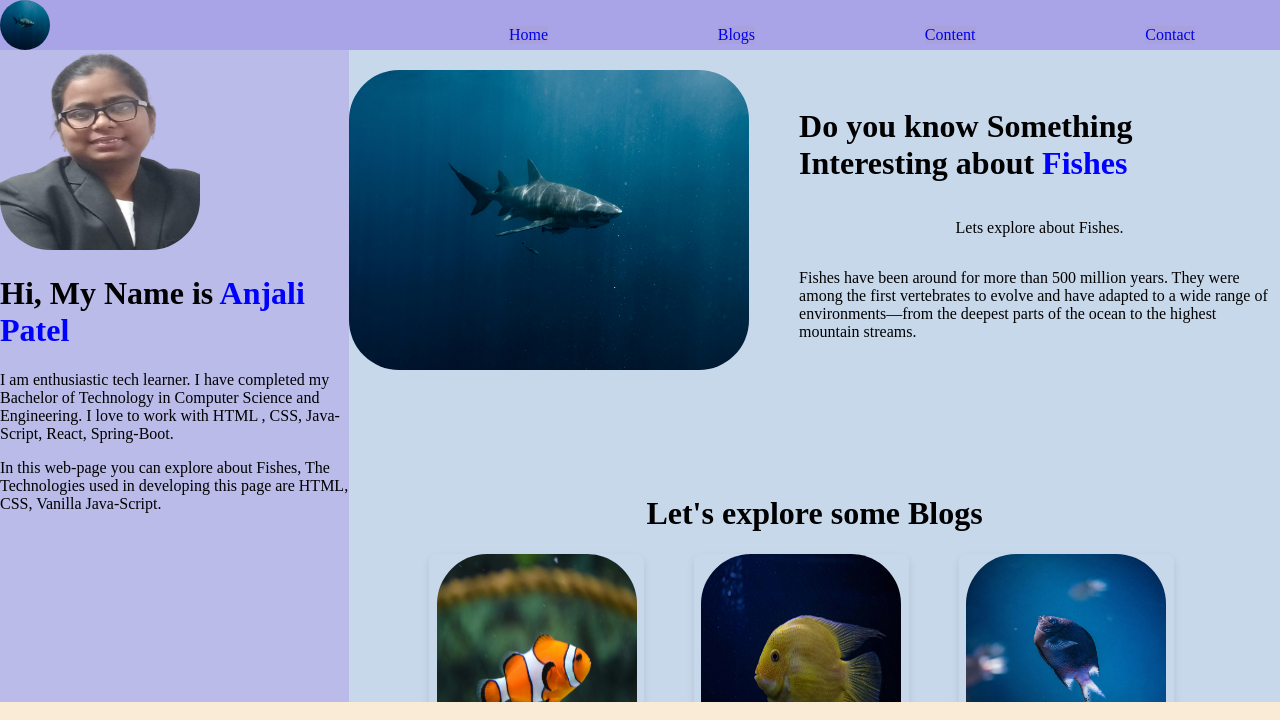
Repository: purnimapatel/fish-world
Page: index.html
These files come from the project's save history. The page is drawn as it stood at one moment and after the next save; the edit follows.
The browser window is 1280 px wide. The pictures show the whole page.
An inner scrolling area shows only its first screen.

Above is the page before, as saved 2024-08-26 20:44:23.
Console error: ReferenceError: messageVal is not defined

### index.html
<!DOCTYPE html>
<html lang="en">
<head>
    <meta charset="UTF-8">
    <meta name="viewport" content="width=device-width, initial-scale=1.0">
    <title>Document</title>
    <link  rel = "stylesheet" type = "text/css" href = "style.css"/>

    <!-- <link rel="stylesheet" type="text/css" href="styles.css"> -->

</head>
<body>
    <div class=" container">
        <div class = "navbar">
            <div id="logo">
                <a href="https://en.wikipedia.org/wiki/Fish" target=" _blank"><img  id = "img"src = "\img\image1.jpg"></a>
            </div>
            <div id = "list-content">
                <ul id="list">
                    <a href="#home"><li>Home</li></a>
                    <a href ="#blog"><li>Blogs</li></a>
                    <a href="#content"><li>Content</li></a>
                    <a href="#contact"><li>Contact</li></a>
                </ul>
            </div>

        </div>
        <div class="lower">
        <div class ="leftPanel">
            <div class=" myInfo">
                <a href="https://www.linkedin.com/in/anjali-patel-938pa/"><img  id = "img1"src = "img/image2.png"></a>
                <div>
                    <h1>Hi, My Name is <span>Anjali Patel</span></h1>
                    <p> I am enthusiastic tech learner. I have completed my Bachelor of Technology in Computer Science and Engineering. I love to work with HTML , CSS, Java-Script, React, Spring-Boot.</p>
                    <p>In this web-page you can explore about Fishes, The Technologies used in developing this page are HTML, CSS, Vanilla Java-Script.</p>
                </div>
            </div>
        </div>
        <div class = "mainBody">
            <div  class ="section" id="home">
                <div id = "header">
                </div>
               <div id = "home-content">

                <div id = "image">
                    <img  id = "mainImg"src ="img/image1.jpg">
                   </div>
                   <div id = "about">
                    <h1>Do you know Something Interesting about<span> Fishes</span></h1>
                    <p>Lets explore about Fishes.</p>
                    <p> Fishes have been around for more than 500 million years. They were among the first vertebrates to evolve and have adapted to a wide range of environments—from the deepest parts of the ocean to the highest mountain streams.</p>
                   </div>
               </div>



            </div>
            <div class ="section" id ="blog">
                <div id = "header">
                    <h1> Let's explore some Blogs</h1>
                </div>
                <div id="blog-images">
                            <a id = "list1" href="https://www.kidzone.ws/animals/fish1.htm"><img id ="img1" src="img/image3.jpg"><div>Kidzone Animal Facts</div></a>
                            <a id = "list1" href="https://theaquariumguide.com/"><img id ="img1" src="img/image4.jpg"><div>The Aquarium Guide</div></a>
                            <a id = "list1" href="https://www.fishkeepingworld.com/"><img id ="img1" src="img/image5.jpg"><div>Fish Keeping World</div></a>
                            <a id = "list1" href="https://thefishsite.com/"><img id ="img1" src="img/image6.jpg"><div>The Fish Site</div></a>
                            <a id = "list1" href="https://fishionary.fisheries.org/"><img id ="img1" src="img/image7.jpg"><div>fishionary: The Fish World</div></a>
                            <a id = "list1" href="https://thewildlife.blog/category/the-wild-life-blog/animals/fish/"><img id ="img1" src="img/image8.jpg"><div>Life of Fishes</div></a>

                    </ul>
                </div>

                </div>
                <div class ="section" id="content">
                    <div id = "header">
                        <h1> Detail about Fishes</h1>
                    </div>
                    <div id ="real-content">
                        <p>
                            A fish is an aquatic, <span>anamniotic</span>, gill-bearing <span>vertebrate</span> animal with swimming fins and a hard skull, but lacking limbs with digits. Fish can be grouped into the more basal jawless fish and the more common jawed fish, the latter including all living <span>cartilaginous</span> and bony fish, as well as the extinct <span>placoderms</span>placoderms and <span>acanthodians</span>. Most fish are cold-blooded, their body temperature varying with the surrounding water, though some large active swimmers like white shark and tuna can hold a higher core temperature. Many fish can communicate acoustically with each other, such as during courtship displays.
                        </p>

              <p>
                The earliest fish appeared during the <span>Cambrian</span> as small filter feeders; they continued to evolve through the <span>Paleozoic</span>, diversifying into many forms. The earliest fish with dedicated respiratory gills and paired fins, the <span>ostracoderms</span>, had heavy bony plates that served as protective exoskeletons against invertebrate predators. The first fish with jaws, the placoderms, appeared in the Silurian and greatly diversified during the Devonian, the "Age of Fishes".
              </p>


<p>
    Bony fish, distinguished by the presence of swim bladders and later ossified endoskeletons, emerged as the dominant group of fish after the <span>end-Devonian</span>extinction wiped out the apex placoderms. Bony fish are further divided into the lobe-finned and ray-finned fish. About 96% of all living fish species today are teleosts, a crown group of ray-finned fish that can protrude their jaws. The tetrapods, a mostly terrestrial clade of vertebrates that have dominated the top trophic levels in both aquatic and terrestrial ecosystems since the Late Paleozoic, evolved from lobe-finned fish during the Carboniferous, developing air-breathing lungs homologous to swim bladders. Despite the cladistic lineage, tetrapods are usually not considered to be fish, making "fish" a <span>paraphyletic</span> group.
</p>

<p>
    Fish have been an important natural resource for humans since prehistoric times, especially as food. Commercial and subsistence fishers harvest fish in wild fisheries or farm them in ponds or in breeding cages in the ocean. Fish are caught for recreation, or raised by fishkeepers as ornaments for private and <span>public exhibition</span> in aquaria and garden ponds. Fish have had a role in human culture through the ages, serving as deities, religious symbols, and as the subjects of art, books and movies.
</p>


                    </div>

                </div>
                <div class ="section" id="contact">
                    <div id = "header">
                        <h1>Contact US</h1>
                    </div>
                    <div id = contact-form>
                    <form id = "form">
                        <div>
                            <Label>Name</Label>
                            <div >
                                <input class = "input" id = "name" type ="text" placeholder="Enter Your name here">
                            </div>

                        </div>
                        <div>
                            <Label>Email</Label>
                            <div >
                                <input class = "input" id = "email" type ="text" placeholder="Enter Your email here">
                                <p class = "hidden" id = "para">Please enter valid email</p>
                            </div>

                        </div>
                        <div>
                            <Label>Message</Label>
                            <div >
                                <textarea class ="inputMessage" id="message1" name="large-input" rows="10" cols="25" placeholder="Type your message here..." maxlength="1000" wrap="soft"></textarea>
                            </div>

                        </div>
                        <div id = "btn">
                            <input id ="sub" type ="submit" value ="Submit"onclick="validateEmail(); emptyInput()">
                            </div>


                    </form>
                    </div>

                </div>




        </div>
    </div>
    </div>
    <script src = "index.js"></script>
    <script type="text/javascript" src="https://cdn.emailjs.com/dist/email.min.js"></script>
    <script type="text/javascript">
        (function(){
           emailjs.init("YOUR_USER_ID"); // Replace with your EmailJS user ID
        })();
     </script>
</body>
</html>

### style.css
body{
   margin: 0;
   padding:0;
   display: flex;
   height:100vh;
   align-items: center;
   justify-content: center;
}
.container{
    height: 100vh;
    width:100vw;
    background-color:antiquewhite;

}
.navbar{
    width:100vw;
    height:50px;
    background-color:rgb(169, 164, 231);
    margin-bottom: 0;
    display: flex;
    justify-content: space-between;

}
.lower{
    display: flex;
}
.leftPanel{
    margin-top: 0px;
    width:30%;
    height:90.5vh;
    background-color:rgb(186, 187, 233);
}
.mainBody{
    background-color:rgb(200, 216, 235);
    height: 90.5vh;
    width:80%;
    overflow: scroll;

}
#img{
    height: 50px;
    width:50px;
    background-size: cover;
    border-radius: 50px;
    cursor:pointer;

}
#img1{
    height: 200px;
    width:200px;
    background-size: cover;
    border-radius: 50px;
    cursor:pointer;

}
#list{
    display: flex;
    padding-top: 10px;
    justify-content: space-around;
}

#list li{
    cursor: pointer;
    background-color:rgba(158, 139, 139, 0.119)
}

#list-content{
    width: 70%
}
a{
    text-decoration: none;
    text-align: center;
}
li{
    list-style-type: none;
}
/* li div{
    text-align: center;
} */
#header {
    display: flex;
    justify-content: center;
    align-items:center;
}
#contact-form{
    display: flex;
    justify-content: center;
    align-items:center;
}

#btn{
    display: flex;
    justify-content: center;
    align-items:center;

}

#para{
    color:red;
}
.hidden{
    display: none;
}
.input{
    padding:10px;
    margin:5px;
    border:none;
    border-radius: 20px;
}
.inputMessage{
    padding:10px;
    margin:5px;
    border:none;
    border-radius: 20px;

}
#sub{
    padding:10px 20px;
    margin-top: 10px;
    background-color:rgb(169, 164, 231);
    color:white;
    border:none;
    border-radius: 5px;
    cursor: pointer;
}
#home-content{
    display: flex;
    margin-top: 20px;
}
#about{
    display: flex;
    justify-content: center;
    align-items: center;
    flex-direction: column;
    margin-left: 50px;
}
#blog-images {
    display: grid;
    grid-template-columns: repeat(auto-fill, minmax(150px, 1fr));
    gap: 50px;
    width: 80%;
    max-width: 1200px;
    justify-content: space-between;
    padding-left: 80px;
}
#blog-images a{
    width: 100%;
    height: auto;
    border-radius: 8px;
    box-shadow: 0 4px 8px rgba(0, 0, 0, 0.1);
    object-fit: cover;
}
span{
    color:blue;
}
#home-content{
    justify-content: space-between;
}
#mainImg{
    height: 300px;
    width:400px;
    background-size: cover;
    border-radius: 50px;
}

.section{
    margin-bottom: 100px;
}
#myInfo{
    text-align: center;
    display: flex;
    justify-content: center;
    align-items: center;
    height: 100vh;
}
#image-container img {
    max-width: 100%;
    height: auto;
  }

### index.js
const message = document.getElementById("para");
const nameVal= document.getElementById("name");
const emailVal = document.getElementById("email");
const message1Val = document.getElementById("message1");
document.getElementById('form').addEventListener('submit', function(event) {
    event.preventDefault(); });

function validateEmail(){
    const emailFormat=/^[a-zA-Z0-9._%+-]+@[a-zA-Z0-9.-]+\.[a-zA-Z]{2,}$/;
    const val = emailVal.value;
    if(emailFormat.test(val)){
        message.classList.add("hidden");
    }
    else{
        message.classList.remove("hidden");
    }
}
const valName = nameVal.value;
const valEmail = emailVal.value;
const valMessage1 = messageVal.value;
function emptyInput(){
    nameVal.value = "";
    emailVal.value="";
    message1Val.value= "";

}

After the next save:
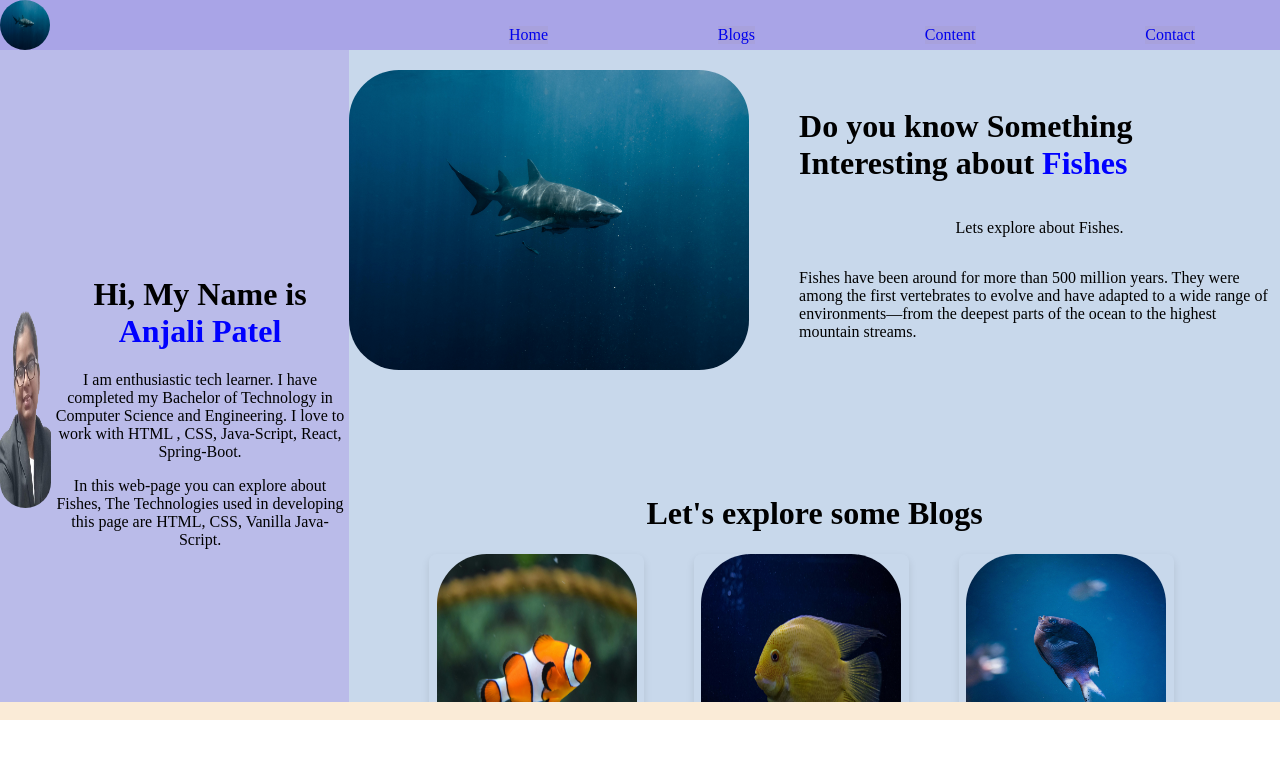
Saved 24 s later.
--- a/style.css
+++ b/style.css
@@ -166,14 +166,14 @@ span{
 .section{
     margin-bottom: 100px;
 }
-#myInfo{
+.myInfo{
     text-align: center;
     display: flex;
     justify-content: center;
     align-items: center;
     height: 100vh;
 }
-#image-container img {
+.myInfo img {
     max-width: 100%;
     height: auto;
   }
